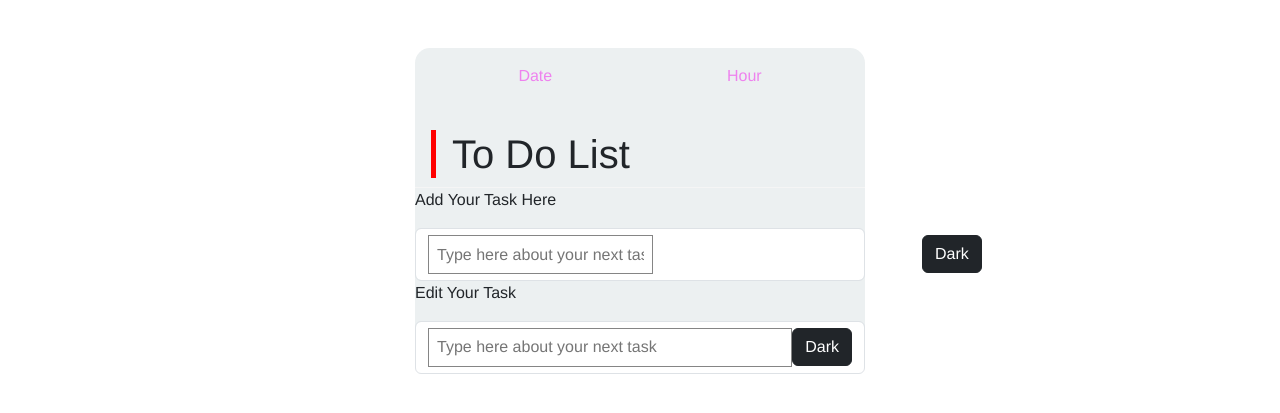
Repository: Passionblaz/TODO
Page: TODO/Untitled-1.html
An editor plug-in stored every save of this project. The page is shown before and after the next save, followed by the edit.
The browser window is 1280 px wide. The pictures show the whole page.

Above is the page before, as saved 2023-07-14 14:09:21.

After the next save:
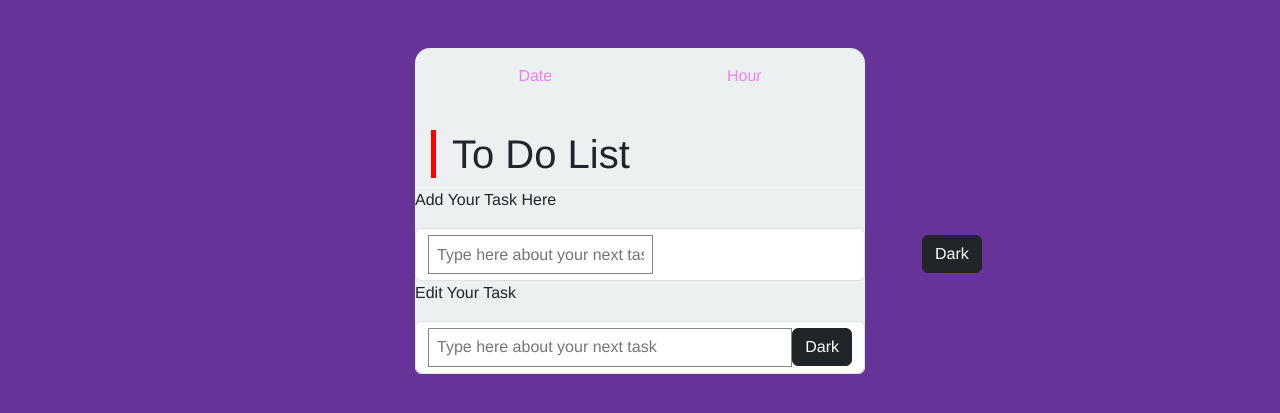
Saved 7 s later.
--- a/TODO/todostyles.css
+++ b/TODO/todostyles.css
@@ -5,7 +5,7 @@
 }
 body{
   font-family: 'Franklin Gothic Medium', 'Arial Narrow', Arial, sans-serif;
-  background: r;
+  background: rebeccapurple;
 
 }
 .form-control {
